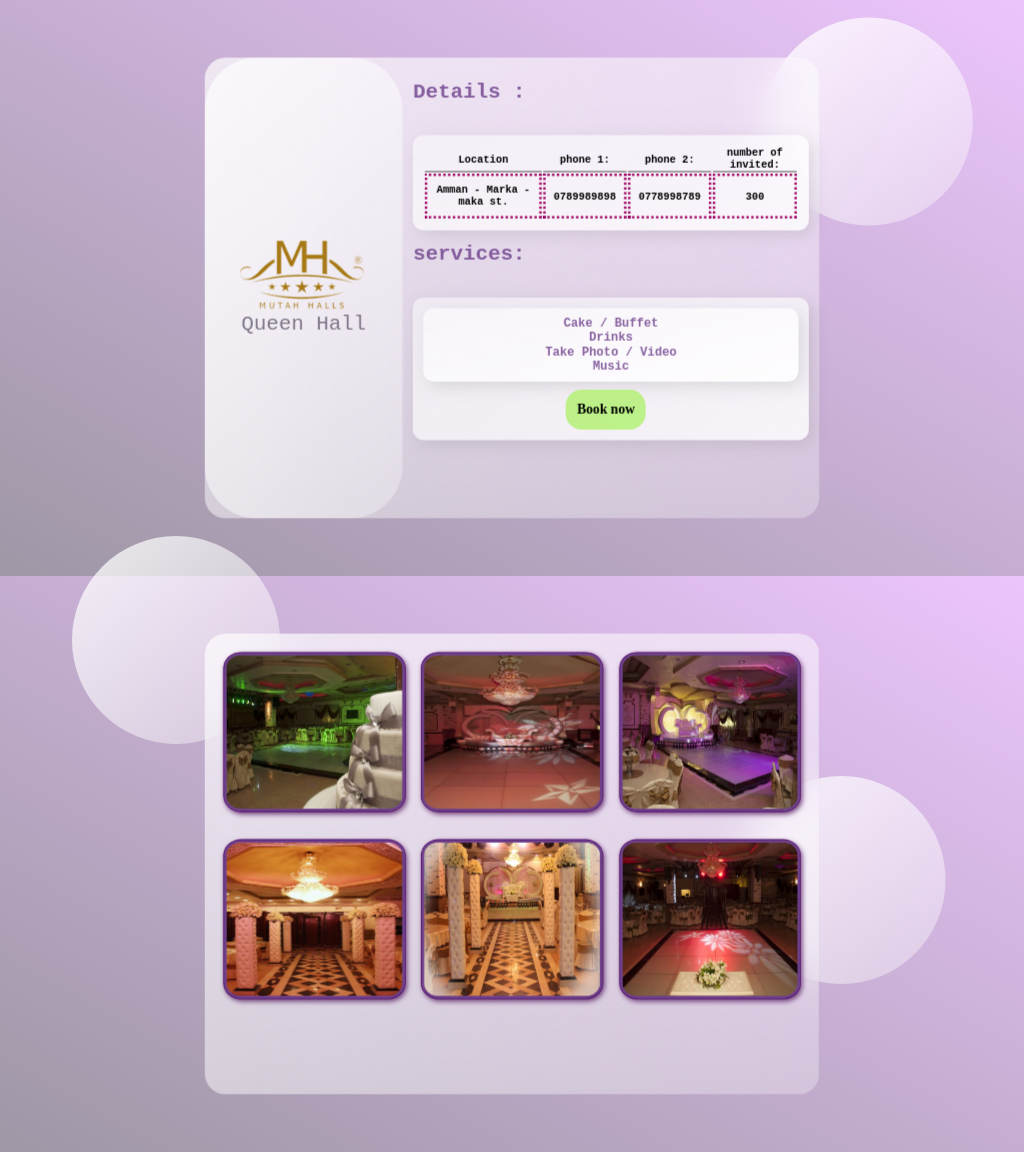
Repository: special4Party/Graduation-project-wedding-hall
Page: include/temp/hall_profile.html
These files come from the project's save history. The page is drawn as it stood at one moment and after the next save; the edit follows.
The browser window is 1280 px wide. The pictures show the whole page, at 80% of full size.

Above is the page before, as saved 2022-04-30 20:59:35.

### include/temp/hall_profile.html
<!DOCTYPE html>
<html lang="en">
<head>
    <meta charset="UTF-8">
    <link rel="stylesheet" href="/layout/css/hall_profile.css">
    <title>Halls Profile Page</title>
</head>
<body>
    <main>
        <section class="glass">
          <div class="dashboard">
            <div class="user">
              <img src="/images/halls/1.png" alt="" />
              <h2>Queen Hall</h2>
            </div>
          </div>
          <div class="games">
            <div class="status">
              <h1>Details :</h1>
            </div>
            <div class="cards">
              <div class="card">
                <div class="card-info">
                  <!-- <h2>Assassins Creed Valhalla</h2>
                  <p>PS5 Version Lorem, ipsum dolor sit amet consectetur adipisicing elit. Nam dolores iusto laboriosam non suscipit itaque, commodi quod fuga consectetur eum adipisci quaerat neque ea. Culpa veniam reprehenderit quia accusamus molestias.</p> -->
                  <table class="table">
                    <thead>
                        <tr>
                            <th>Location</th>
                            <th>phone 1: </th>
                            <th>phone 2: </th>
                            <th>number of invited: </th>
                        </tr>
                    </thead>
                    <tbody>
                        <tr>
                            <td>Amman - Marka - maka st.</td>
                            <td>0789989898</td>
                            <td>0778998789</td>
                            <td>300</td>
                        </tr>

                    </tbody>
                </table>
            </div>
          </div>
          <!-- -------Details------- -->
          <div class="status">
            <h1>services: </h1>
          </div>
          <div class="card">
            <div class="card-info">
                <div class="sub-card">
                    <div>
                        <h3>Cake / Buffet</h3>
                        <h3>Drinks</h3>
                        <h3>Take Photo / Video</h3>
                        <h3>Music</h3>
                    </div>
                </div>
                <button class="btn">Book now</button>
            </div>
          </div>
        </div>
    </div>
        </section>

      </main>
      <main>
        <section class="glass">
            <div class="games">
                <div class="our-work">
                    <div><img src="/images/halls2/1.jpg" alt="test" width="200" height="200"></div>
                    <div><img src="/images/halls2/2.jpg" alt="test" width="200" height="200"></div>
                    <div><img src="/images/halls2/3.jpg" alt="test" width="200" height="200"></div>
                    <div><img src="/images/halls2/4.jpg" alt="test" width="200" height="200"></div>
                    <div><img src="/images/halls2/5.jpg" alt="test" width="200" height="200"></div>
                    <div><img src="/images/halls2/6.jpg" alt="test" width="200" height="200"></div>
                </div>
            </div>
        </section>
      </main>
      <div class="circle1"></div>
      <div class="circle2"></div>
      <div class="circle3"></div>
</body>
</html>

### layout/css/hall_profile.css
* {
    margin: 0;
    padding: 0;
    font-family: monospace;
    box-sizing: border-box;
}

h1 {
    color: #6b3c89;
    font-weight:bold;
    font-size: 2rem;
    opacity: 0.8;
    padding-top: 15px;
}
h2,
p {
    color: #64586e;
    font-weight: 500;
    opacity: 0.8;
}
h2{
    font-size: 2rem ;
}
h3 {
    color: #6b3c89;
    font-weight: 600;
    opacity: 0.8;
}

main {
    min-height: 100vh;
    background: linear-gradient(to right top, #9e97a5, #b826f545);
    display: flex;
    align-items: center;
    justify-content: center;
}

.glass {
    background: white;
    min-height: 80vh;
    width: 60%;
    background: linear-gradient(
        to right bottom,
        rgba(255, 255, 255, 0.7),
        rgba(255, 255, 255, 0.3)
    );
    border-radius: 2rem;
    z-index: 2;
    backdrop-filter: blur(2rem);
    display: flex;
}
.circle1,
.circle2,
.circle3 {
    background: white;
    background: linear-gradient(
        to right bottom,
        rgba(255, 255, 255, 0.8),
        rgba(255, 255, 255, 0.3)
    );
    height: 20rem;
    width: 20rem;
    position: absolute;
    border-radius: 50%;
}

.circle1 {
    top: 3%;
    right: 5%;
}
.circle2 {
    bottom: -210px;
    left: 7%;
}
.circle3 {
    left: 72%;
    top: 970px;
}
.dashboard {
    flex: 1;
    display: flex;
    flex-direction: column;
    align-items: center;
    justify-content: space-evenly;
    text-align: center;
    background: linear-gradient(
        to right bottom,
        rgba(255, 255, 255, 0.7),
        rgba(255, 255, 255, 0.3)
    );
    border-radius: 5rem;
}
/* GAMES */
.status {
    margin-bottom: 3rem;
}

.status input {
    background: linear-gradient(
        to right bottom,
        rgba(255, 255, 255, 0.7),
        rgba(255, 255, 255, 0.3)
    );
    border: none;
    width: 50%;
    padding: 0.5rem;
    border-radius: 2rem;
}

.games {
    margin: 1rem;
    display: flex;
    flex: 2;
    flex-direction: column;
    justify-content: flex-start;
}

.card {
    /* display: flex; */
    background: linear-gradient( to left top, rgba(255, 255, 255, 0.8), rgba(255, 255, 255, 0.5) );
    border-radius: 1rem;
    margin: 0rem 0rem;
    padding: 1rem;
    box-shadow: 6px 6px 20px rgb(122 122 122 / 21%);
    justify-content: space-between;
}
.sub-card{
    background: linear-gradient( to left top, rgba(255, 255, 255, 0.8), rgba(255, 255, 255, 0.5) );
    border-radius: 1rem;
    margin: 0rem 0rem;
    padding: 10px 10px;
    box-shadow: 6px 6px 20px rgb(122 122 122 / 21%);
    justify-content: space-between;
}
.card-info {
    display: flex;
    flex-direction: column;
    justify-content: space-between;
    text-align: center;
}
table th{
    border-bottom: 1px solid rgb(39, 36, 36);
    font-weight: bold;
}
table td{
    border: 3px dotted rgb(158, 7, 100);
    padding: 10px 10px;
    font-weight: bold;
}
.btn{
    position: relative;
    left: 38%;
    width: 100px;
    height: 50px;
    border-radius: 20px;
    outline: none;
    border: none;
    font-size: 17px;
    font-weight: bold;
    font-family: cursive;
    background-color: rgba(177, 241, 112, 0.815);
    cursor: pointer;
    margin-top: 10px;
}
button.btn:hover{
    background-color: rgba(126, 252, 0, 0.705);
    color: rgba(8, 8, 8, 0.966);
    box-shadow: 0 2px 20px #82e432;
    transition: 0.3s;
}
.our-work{
    overflow: hidden;
}
.our-work > div{  /* اشارة الاكبر معناها الديف اللي جواه فورا اول ابن له يعني */
    float: left;
    width: 33.3333%;
    margin-bottom: 10px;
}
.our-work > div img{
    width: 92%;
    margin: 10px;
    padding:3px ;
    border-radius: 10%;
    background-color: rgb(111, 66, 141);
    border: 1px solid rgb(80, 12, 100);
    box-shadow: 2px 3px 7px rgb(116, 68, 126);
}

After the next save:
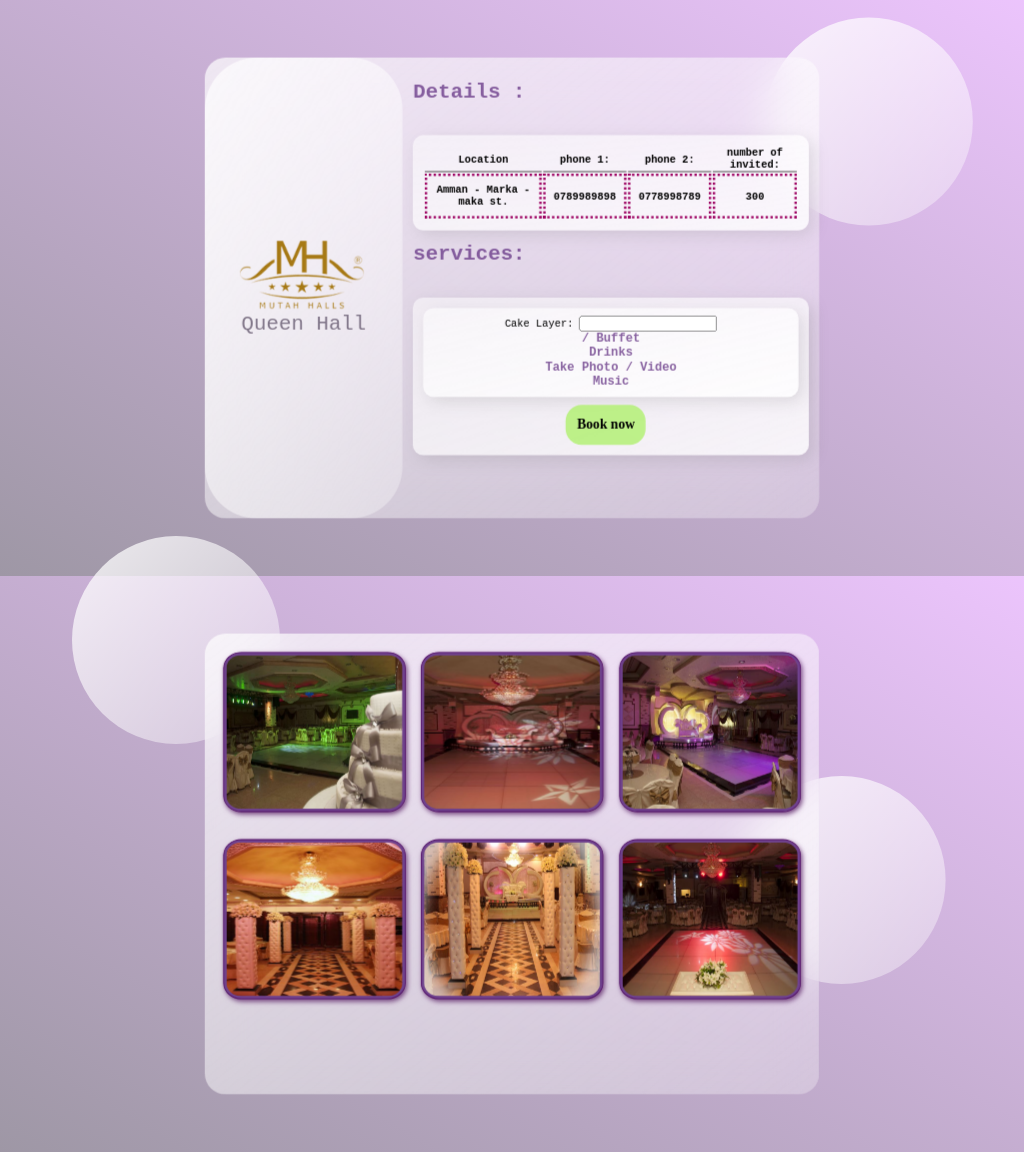
Saved 106 s later.
--- a/include/temp/hall_profile.html
+++ b/include/temp/hall_profile.html
@@ -52,7 +52,11 @@
             <div class="card-info">
                 <div class="sub-card">
                     <div>
-                        <h3>Cake / Buffet</h3>
+                      <form >
+                        <label>Cake Layer:</label>
+                        <input type="number" name="number-of-Cake-layer" id="">
+                      </form>
+                        <h3>/ Buffet</h3>
                         <h3>Drinks</h3>
                         <h3>Take Photo / Video</h3>
                         <h3>Music</h3>
